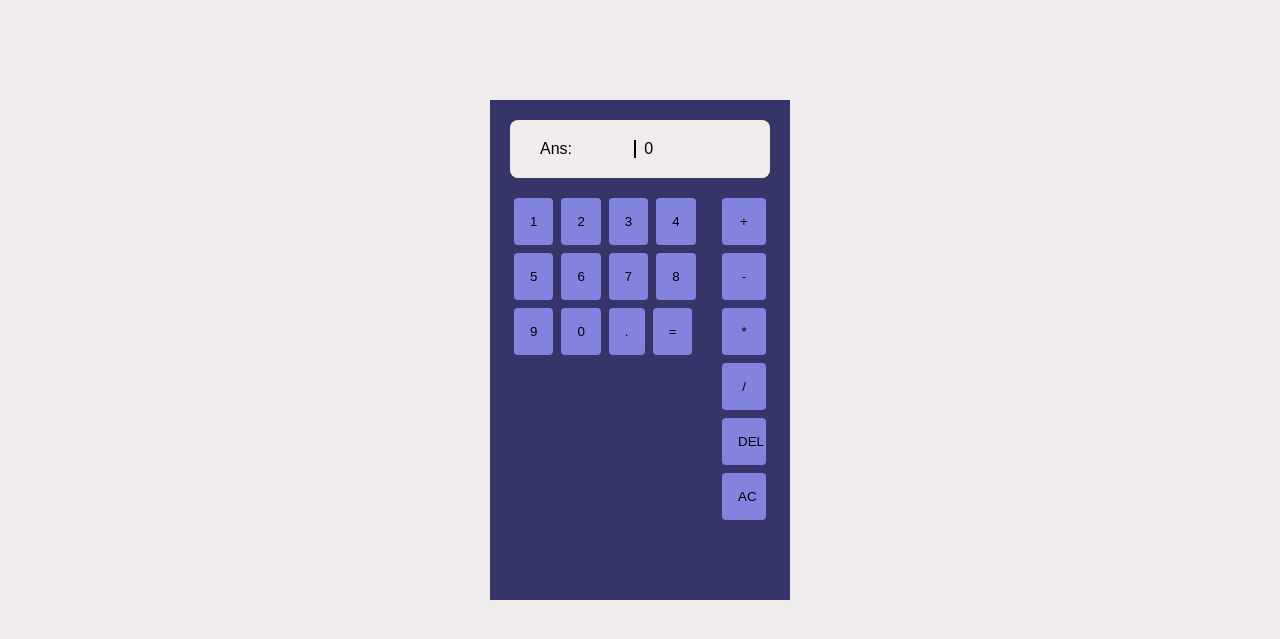
Repository: Bishek666/simple-calculator
Page: /
An editor plug-in stored every save of this project. The page is shown before and after the next save, followed by the edit.
The browser window is 1280 px wide. The pictures show the whole page.
The project was rebuilt for these pictures with package versions that can differ from the ones it lists, and the page was loaded fresh each time.

Above is the page before, as saved 2021-10-21 15:31:12.

After the next save:
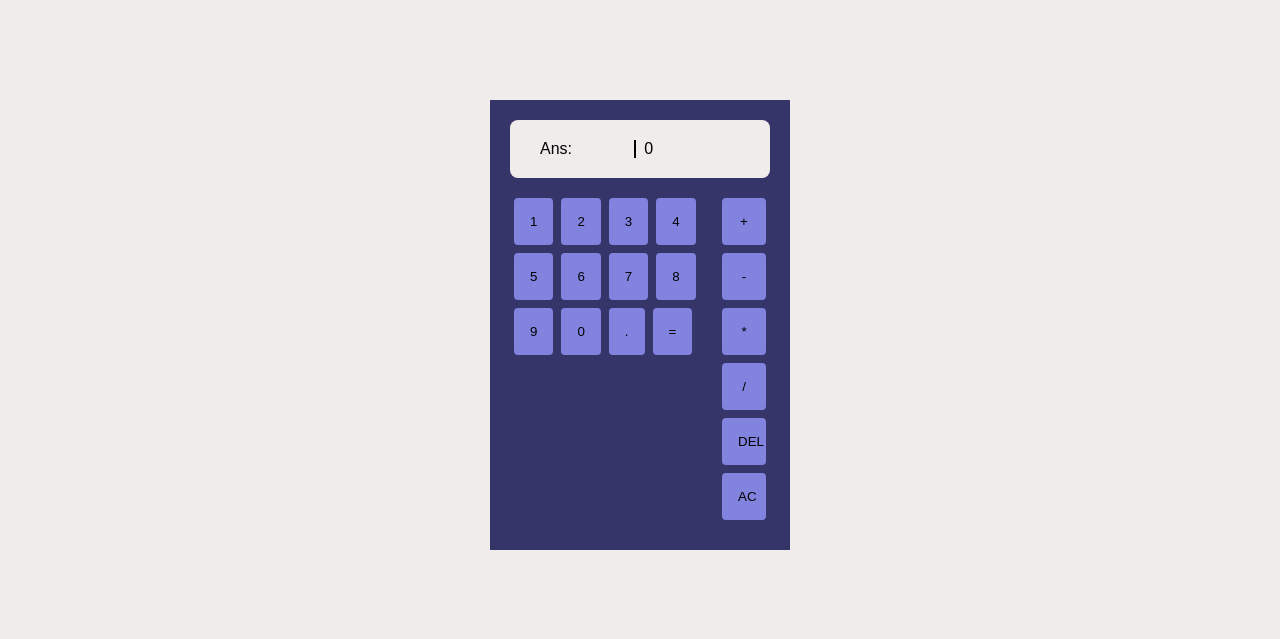
Saved 4 s later.
--- a/src/index.css
+++ b/src/index.css
@@ -32,7 +32,7 @@ button {
     align-items: start;
     justify-content: start;
     background-color: var(--primary);
-    height: 500px;
+    height: 450px;
     width: 300px;
     margin: 100px auto;
     padding: 20px;
